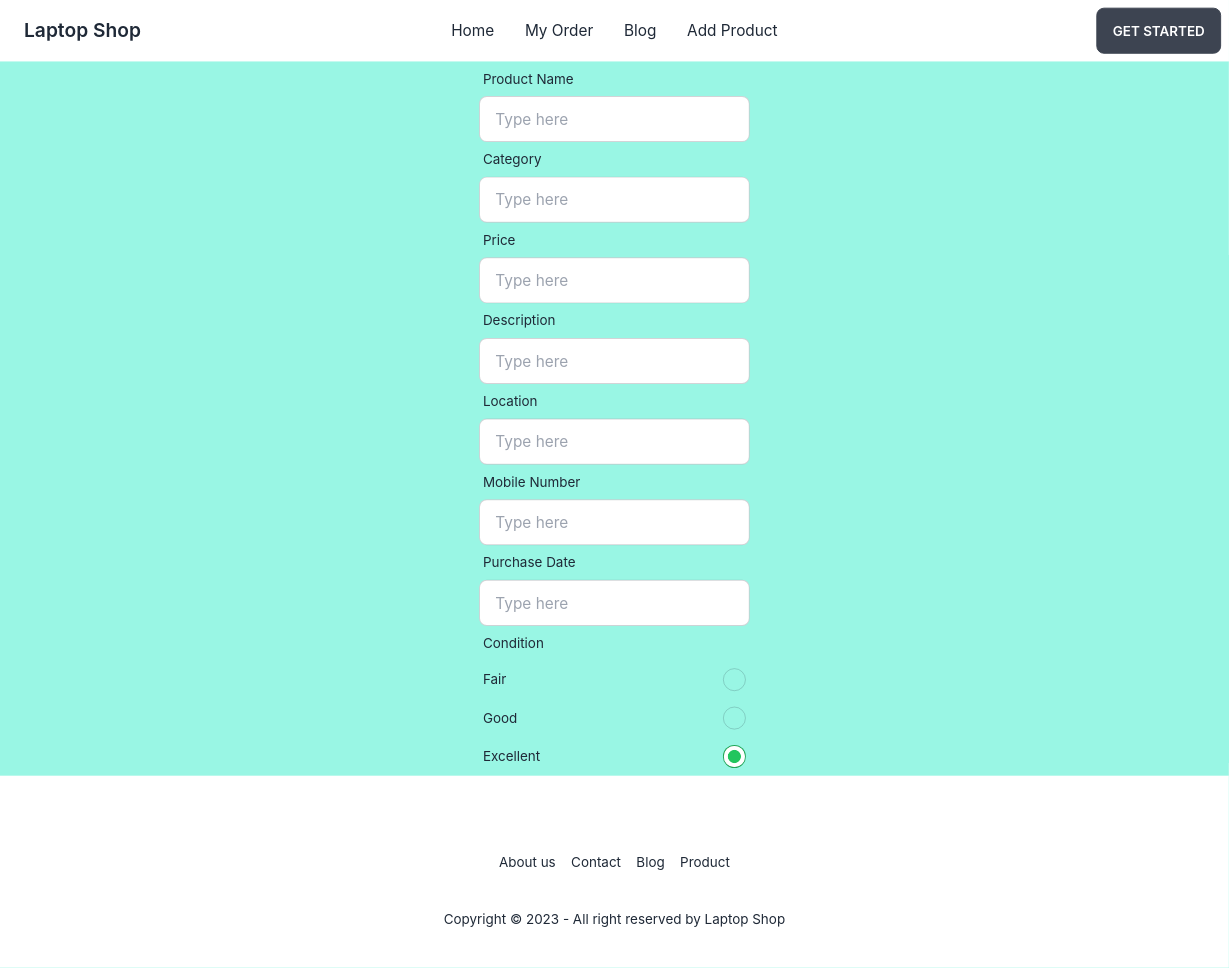
Repository: mdsajib50/E-commerce
Page: /add-product
These files come from the project's save history. The page is drawn as it stood at one moment and after the next save; the edit follows.
The browser window is 1280 px wide. The pictures show the whole page, at 96% of full size.
The project was rebuilt for these pictures with package versions that can differ from the ones it lists, and the page was loaded fresh each time. Also part of the build but not shown: src/Pages/Home/Banner/Banner.js, src/Pages/Home/Product/ProductCard.js, src/Pages/Home/Product/Product.js, src/Pages/Home/Home/Home.js.

Above is the page before, as saved 2023-01-11 22:52:35.

After the next save:
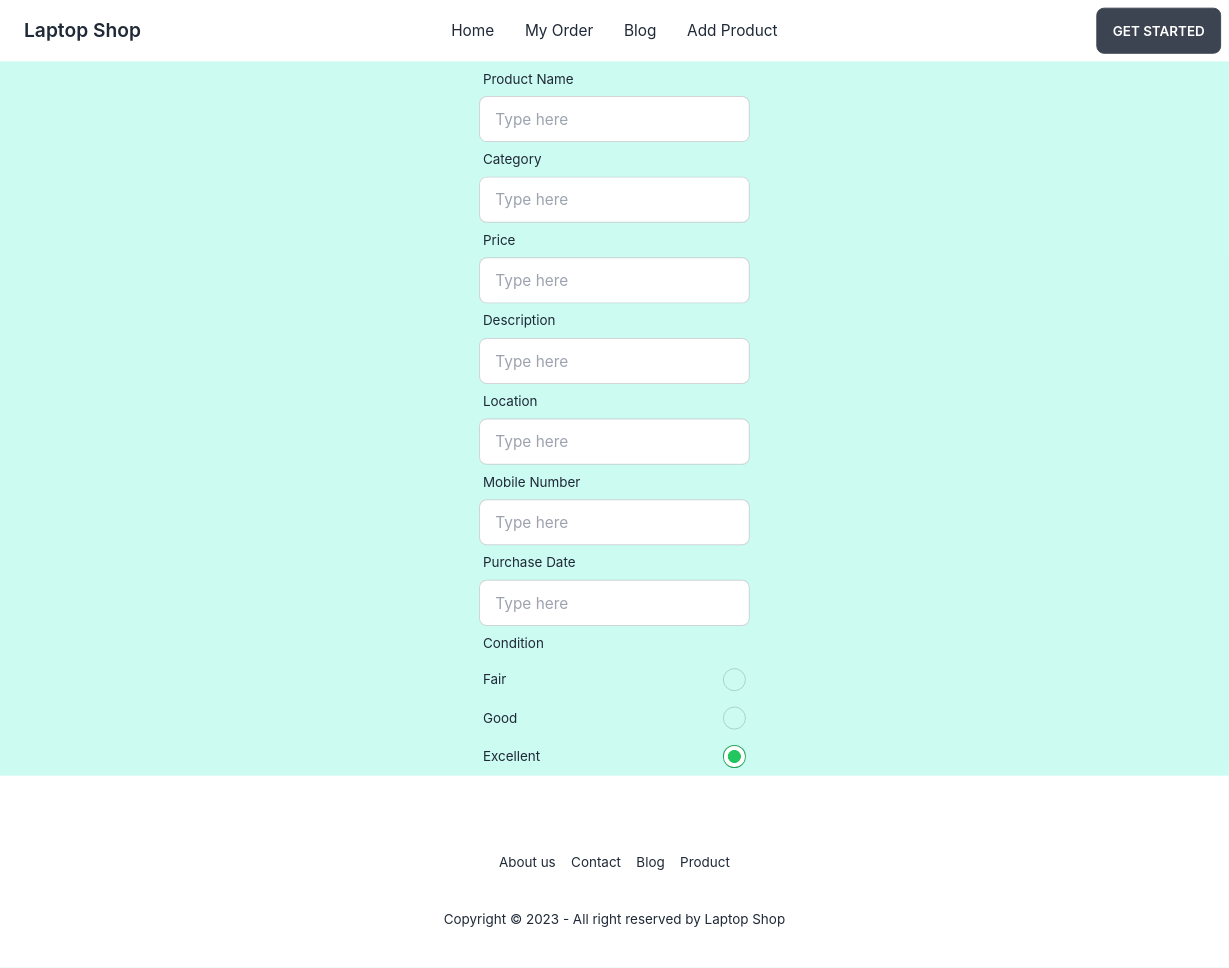
Saved 5 s later.
--- a/src/Pages/AddProduct/AddProduct.js
+++ b/src/Pages/AddProduct/AddProduct.js
@@ -3,7 +3,7 @@ import React from 'react';
 const AddProduct = () => {
     return (
         <div className=''>
-           <div className='flex mx-auto text-center justify-center bg-teal-200'>
+           <div className='flex mx-auto text-center justify-center bg-teal-100'>
                 <form>
                     <div className="form-control">
                         <label className="label">
